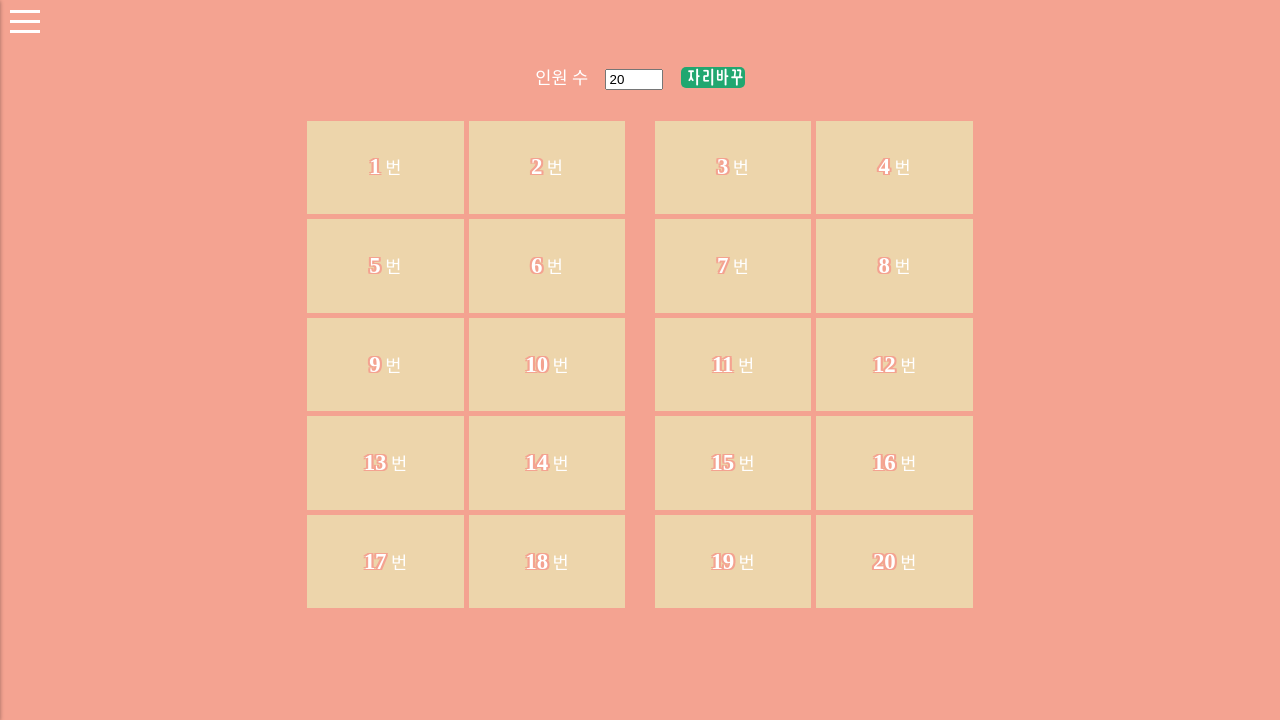
Repository: se-yoo/ChangeSeat
Page: http://localhost/ChangeSeat/change.jsp
These files come from the project's save history. The page is drawn as it stood at one moment and after the next save; the edit follows.
The browser window is 1280 px wide. The pictures show the whole page.
Some web fonts or font styles are not loaded; a fallback is used. Some web libraries are served in a nearby version. The page is served by Tomcat 9.

Above is the page before, as saved 2018-06-26 00:20:26.

### ChangeSeat/WebContent/change.jsp
<%@ page language="java" contentType="text/html; charset=UTF-8"
	pageEncoding="UTF-8"%>
<%
	String id = (String) session.getAttribute("id");
	if (id == null) {
%><jsp:forward page="templateTest.jsp">
	<jsp:param name="CONTENTPAGE" value="changeNotMember.jsp" />
</jsp:forward>
<%
	} else {
%><jsp:forward page="templateTest.jsp">
<jsp:param name="CONTENTPAGE" value="changeMember.jsp" />
</jsp:forward>
<%
	}
%>

### ChangeSeat/WebContent/templateTest.jsp
<%@ page language="java" contentType="text/html; charset=UTF-8"
    pageEncoding="UTF-8"%>
<!DOCTYPE html>
<html>
<head>
<meta charset="UTF-8">
<title>자리바꾸기</title>
<meta name="viewport" content="width=device-width, initial-scale=1">
 <title>Side Menu</title>
 <link rel="stylesheet" href="templateStyle.css">
 <link href='https://fonts.googleapis.com/css?family=Pacifico' rel='stylesheet' type='text/css'>
 <script src="//ajax.googleapis.com/ajax/libs/jquery/1.6.1/jquery.min.js" type="text/javascript"></script>
 <script>
$(document).ready(function(){
  /*
  $(".first").mouseover(function(){
    $(".second").css("background-color", '#6b81d5');
    $(".first").css("background-color", '#D56B81');

  });
  $(".second").mouseover(function(){
    $(".second").css("background-color", '#8a6bd5');
    $(".first").css("background-color", '#6bd5bf');

  });
  */
  $(".wrap").click(function(){
    $(".top").toggleClass("addedtop");
    $(".mid").toggleClass("addedmid");
    $(".bot").toggleClass("addedbot");
$(".side").toggleClass("triggered");
    $(".sidebtn").toggleClass("sideopacity");


  });

}); //final
</script>
</head>
<body>
<%
	String contentpage=request.getParameter("CONTENTPAGE");
%>
  <div class="wrap">
<span class="line top"></span>
  <span class="line mid"></span>
  <span class="line bot"></span>
  </div>
  <div class="side">
    <a href="main.jsp" class="sidebtn">홈</a>
    <a href="change.jsp" class="sidebtn">자리바꾸기</a>
    <a href="#" class="sidebtn">조편성</a>
    <a href="#" class="sidebtn">정보관리</a>
  </div>
  <jsp:include page="<%= contentpage %>"></jsp:include>
</body>
</html>

### ChangeSeat/WebContent/changeNotMember.jsp
<%@ page language="java" contentType="text/html; charset=UTF-8"
	pageEncoding="UTF-8"%>
<!DOCTYPE html>
<html>
<head>
<meta content="text/html; charset=UTF-8">
<title></title>
<script  src="http://code.jquery.com/jquery-latest.min.js"></script>
<link rel="stylesheet" href="changeStyle.css">
<script>
$(document).on('click','#bt',function(){
		var cnt = document.getElementById("student").value;
		if (cnt > 40 || cnt < 2) {
			alert("2~40명만 입력가능합니다 죄송합니다");
		} else {
			var num = [ 1, 2 ];
			num.length = cnt;
			for (i = 0; i < cnt; i++) {
				num[i] = i + 1;
			}
			for (i = 0; i < 100; i++) {
				var randNum1 = Math.floor(Math.random() * cnt);
				var randNum2 = Math.floor(Math.random() * cnt);
				var tmp = num[randNum1];
				num[randNum1] = num[randNum2];
				num[randNum2] = tmp;
			}
			result = "<table border='0' cellpadding='10' cellspacing='5'>";
			var row = Math.ceil(cnt / 4);
			var a = 0;

			for (i = 0; i < row; i++) {
				result += "<tr>";
				for (j = 0; j < 5; j++) {
					if (a > cnt - 1) {
						result += "</tr>";
						break;
					}
					if (j == 2)
						result += "<td width='3%' class='empty'></td>";
					else
						result += "<td width='24%' class='desk'><span>"
								+ num[a++] + "</span> 번</td>";
				}
				result += "</tr>";
			}
			result += "</table>";
			document.getElementById("tableBox").innerHTML = result;
			if(cnt>20){
				$("table").css("height","700px");
				$("td").css("padding","0%");
			}
		}
	});
</script>
</head>
<body>
	<form>
		인원 수 <input type="number" name="student" id="student" value="20"
			pattern="[0-9]+"> <input type="button" value="자리바꾸기" id="bt">
	</form>
	<div id="tableBox">
		<table border="0" cellpadding="10" cellspacing="5">
			<%
				int[] num = { 1, 2, 3, 4, 5, 6, 7, 8, 9, 10, 11, 12, 13, 14, 15, 16, 17, 18, 19, 20 };
				int a = 0;
				for (int i = 0; i < 5; i++) {
			%>
			<tr>
				<%
					for (int j = 0; j < 5; j++) {
							if (j == 2)
								out.println("<td width='3%' class='empty'></td>");
							else
								out.println("<td width='24%' class='desk'><span>" + num[a++] + "</span> 번</td>");
						}
				%>
			</tr>
			<%
				}
			%>
		</table>
	</div>
</body>
</html>

### ChangeSeat/WebContent/templateStyle.css
@CHARSET "UTF-8";
@font-face{
	font-family:yangFont;
	src:url('yangfont05.ttf') format('truetype');
}
@font-face{
	font-family:Nanum;
	src:url('NanumBarunGothicLight.ttf') format('truetype');
}
body {
  background-color:#f4a391;
  margin: 0;
  padding: 0;
  font-family:Nanum;
}
html,body {
 height:80%;
}
.line {
 display: block;
  height:3px;
  width:30px;
  background-color:white;
  margin-top:5px;
  position: absolute;
  top:0;

  transition: all .4s ease-in-out;
}
.wrap {
 height:80px;
  position: relative;
  top:5px;
  left:10px;
  width: 30px;
  z-index: +150;
  cursor: pointer;
  height:30px;
  position: fixed;
}

.mid {
 top:10px;
}
.bot {
top:20px;
}

.addedmid {
  transform: rotate(135deg);
}
.addedtop {
  transform: rotate(45deg);
  top:10px;
}
.addedbot {
 opacity: 0;
}
.side {
	font-family: yangFont;
	width:20%;
  	position: fixed;
  	height:100%;
  	text-align: center;
  	left:-20%;
  	z-index: 80;
  	box-shadow: 0 1px 4px 0 rgba(0,0,0,0.37);
  	top:0;
  	background-color: #21a770;
  	transition: all .5s ease-in-out;
}
.sidebtn {
 text-decoration: none;
  display: block;
  color:white;
  font-size:35px;
  opacity:0;
  width:50%;
  position: relative;
  left:25%;
  top:25%;
  white-space: nowrap;
  line-height:100px;
  transition:all .25s ease-in-out;

}
.sideopacity  {
 opacity: 1;
  transition: all 1s ease-in-out;
}
.sidebtn:hover {
  text-shadow: 2px 2px rgba(0, 0, 0, 0.38);
}
.triggered {
 left:0;
}
.sidebtn::after {
 content: '';
  position: absolute;
  bottom:0;
  left:50%;
  width:0%;
  height:5px;
  background-color: white;
  transition: all .3s ease-out;
}
.sidebtn:hover::after {
 width: 100%;
  left:0;
  box-shadow: 2px 2px rgba(0, 0, 0, 0.38);
}

### ChangeSeat/WebContent/changeStyle.css
@CHARSET "UTF-8";
@font-face{
	font-family:yangFont;
	src:url('yangfont05.ttf') format('truetype');
}
@font-face{
	font-family:Nanum;
	src:url('NanumBarunGothicLight.ttf') format('truetype');
}
body{
	text-align:center;
	font-size:1.1em;
	color:white;
}
form{
	margin-top:5%;
}
input[type='button']{
	width:5%;
	height:1em;
	background-color:#21a770;
	color:white;
	font-family:yangFont;
	font-size:1.2em;
	border:0px;
	border-radius:5px;
	margin-left:1%;
}
input[type='button']:hover{
	background-color:white;
	color:#21a770;
	box-shadow: 2px 2px 5px gray;
}
#tableBox{
	text-align:center;
	margin:2%;
}
table{
	width:55%;
	margin:auto;
}
td{
	padding:5% 0%;
}
span{
	font-size:1.3em;
	font-weight:bold;
	text-shadow: -2px 1px 0 #f4a391, -1px 1px 0 #f4a391, -2px -1px 0 #f4a391,
		-1px -1px 0 #f4a391, 0px 0px 0 #f4a391, 1px 1px 0 #f4a391, 2px 1px 0
		#f4a391, 1px -1px 0 #f4a391, 2px -1px 0 #f4a391;
}
input[type='number']{
	width:50px;
	margin-left:1%;
}
.desk{
	background-color:#edd5ab;
}

After the next save:
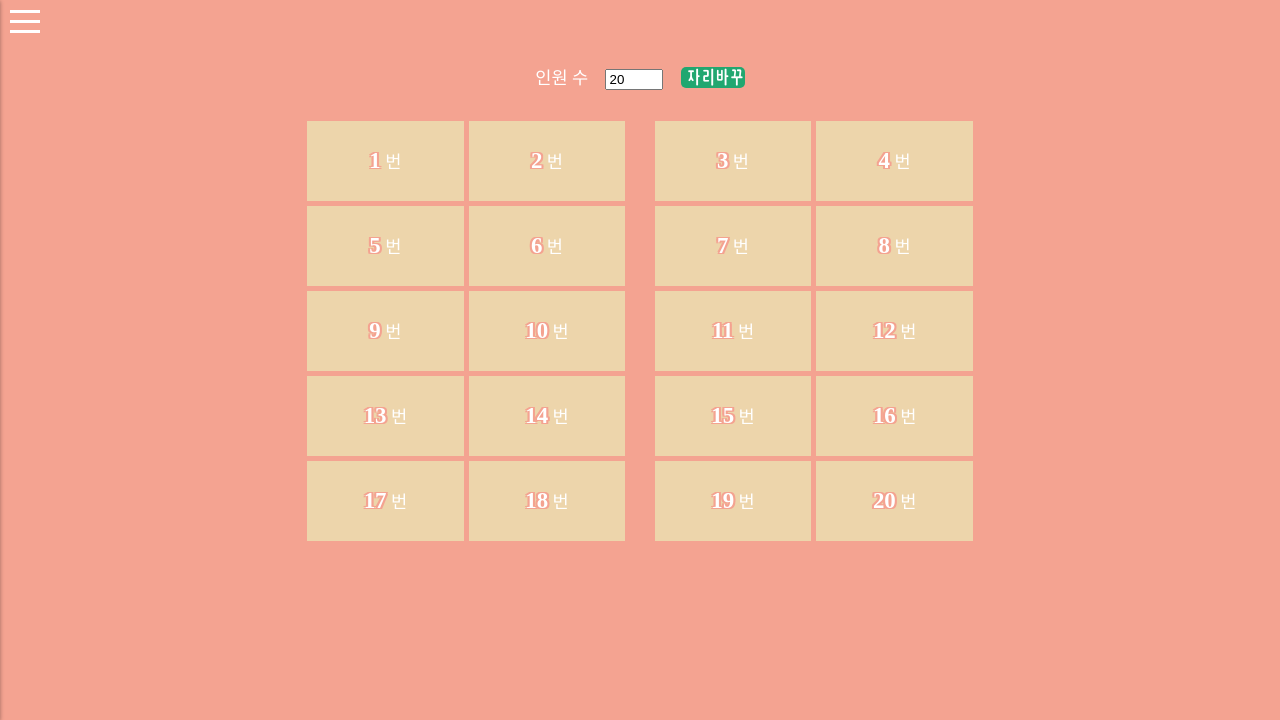
Saved 30 s later.
--- a/ChangeSeat/WebContent/changeStyle.css
+++ b/ChangeSeat/WebContent/changeStyle.css
@@ -40,7 +40,7 @@ table{
 	margin:auto;
 }
 td{
-	padding:5% 0%;
+	padding:4% 0%;
 }
 span{
 	font-size:1.3em;
